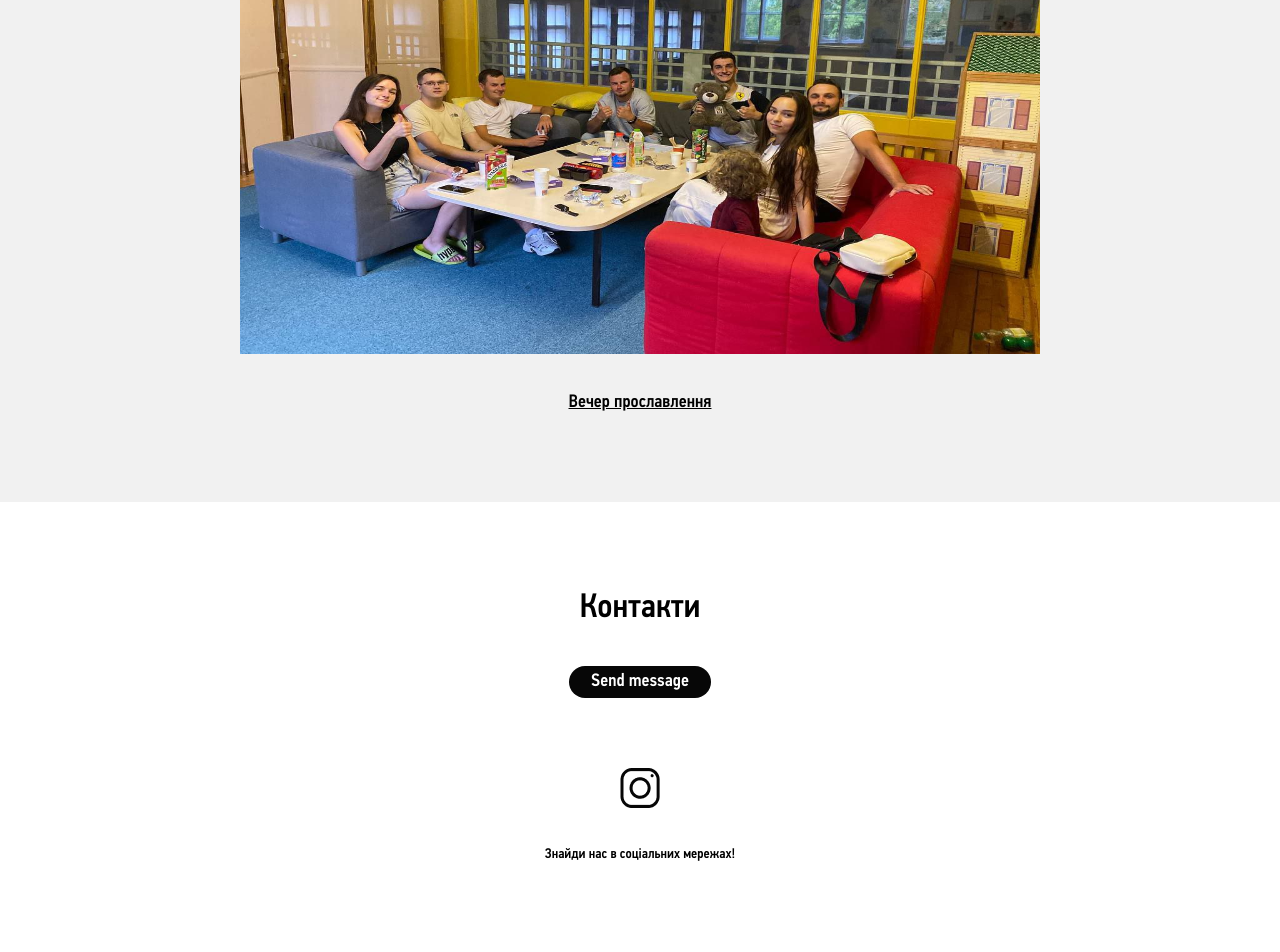
Repository: Bohdan-Sandovenko/youth-project
Page: index.html
The author's editor kept a copy of each file at every save. The page is drawn from the files as they stood at one save, then again after the next save.
The browser window is 1280 px wide. The pictures show the part of the page from y = 2724 to 3676 px (the page is 3676 px tall).
Some web fonts or font styles are not loaded; a fallback is used. The style sheet was rebuilt from its Sass, Less or Tailwind sources for each picture, by a compiler version that may differ from the author's.

Above is the page before, as saved 2024-09-23 20:51:27.

After the next save:
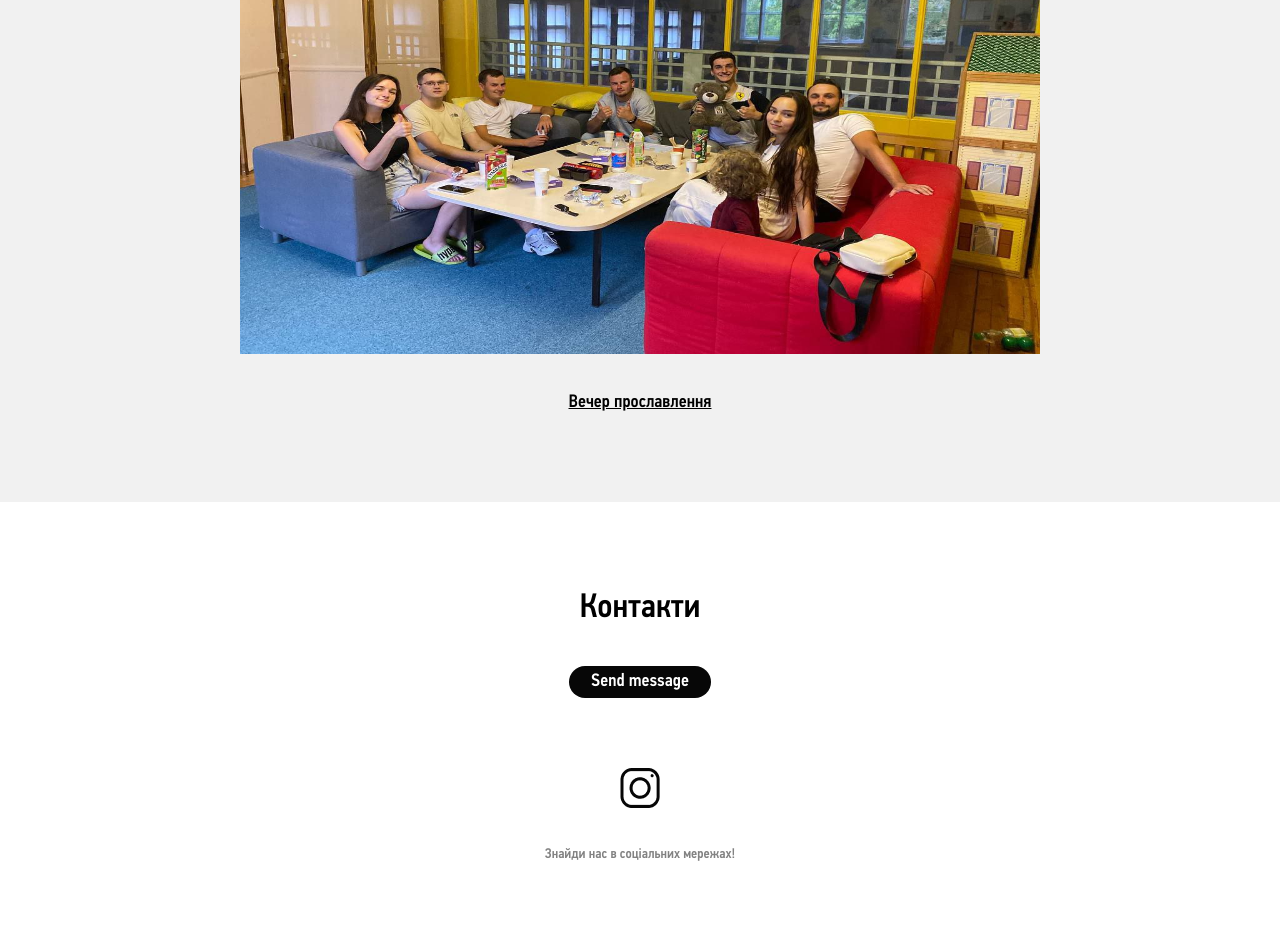
Saved 14 s later.
--- a/css/style.scss
+++ b/css/style.scss
@@ -201,6 +201,8 @@ body {
             margin-bottom: 40px;
         }
 
-        .contacts-footer {}
-    }
-}
+        .contacts-footer {
+            color: #828282;
+        }
+    }
+}
